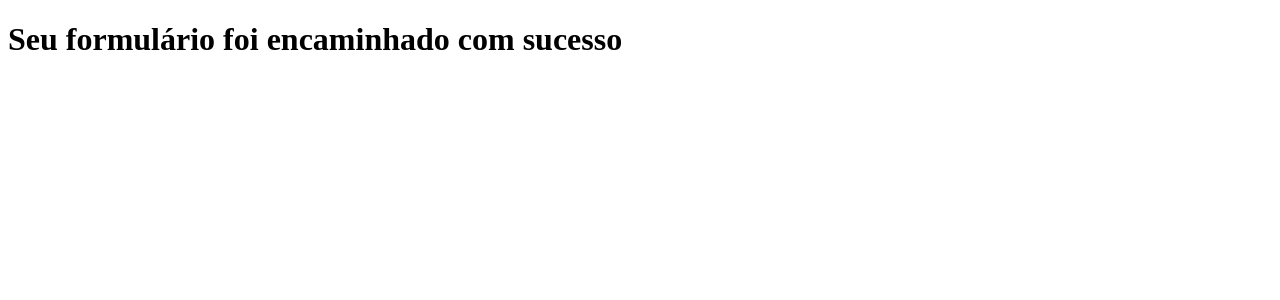
Repository: felipedischer/valemobi
Page: http://localhost/Valemobi/sucesso.jsp
An editor plug-in stored every save of this project. The page is shown before and after the next save, followed by the edit.
The browser window is 1280 px wide. The pictures show the whole page.
The page is served by Tomcat 9. Other server files are loaded and not shown.

Above is the page before, as saved 2016-09-29 22:17:56.

### Valemobi/WebContent/sucesso.jsp
<%@ page language="java" contentType="text/html; charset=ISO-8859-1"
    pageEncoding="ISO-8859-1"%>
<!DOCTYPE html PUBLIC "-//W3C//DTD HTML 4.01 Transitional//EN" "http://www.w3.org/TR/html4/loose.dtd">
<html>
<head>
<meta http-equiv="Content-Type" content="text/html; charset=ISO-8859-1">
<title>Insert title here</title>
</head>
<body>


<h1>Seu formulário foi encaminhado com sucesso</h1>


</body>
</html>

### Valemobi/WebContent/estilo/css/estilo.css

*{
	margin: 0px;
	padding: 0px;
	outline: none;
	font-family: "Arial";
	color: #bbbbbb;
	text-decoration: none;
}
.container{
	box-sizing: border-box;
	display: block;
	margin: auto;
	padding: 0px 15px;
	width: 1170px;
	max-width: 100%;
}

body{
	padding-bottom: 40px;
	background: #202323;
	width: 100%;
	height: 100%;
	position: relative;
}



/*CONTEUDO*/
#conteudo{
	padding: 30px 0px;
}
form label{
	color: white;
}
form {
	padding: 30px;
	max-width: 400px;
	margin: auto;
	box-shadow: 0px 0px 52px 0px rgba(0,0,0,0.2);
	animation: fadeIn 1.5s cubic-bezier(0.19,1,0.22,1);
}

form h2{
	text-align: center;
	margin-bottom: 20px;
	color: white;
}
form .grupo{
	margin-bottom: 20px;
}
form .grupo > *{
	display: block;
}
form .grupo label{
	font-weight: bold;
	font-size: 14px;
	margin-bottom: 2px;
	color: Grey;
}
form .grupo input, form .grupo select{
	border: none;
	box-sizing: border-box;
	width: 100%;
	padding: 10px;
	font-size: 16px;
	background: rgba(0,0,0,0.2);
	color: red;
    padding: 18px 10px;
    border-bottom: solid 3px rgba(255,255,255,0.2);
    transition: all 0.4s cubic-bezier(0.19,1,0.22,1);
}

.btn{
	cursor: pointer;
	font-weight: bold;
	display: block;
	height: 50px;
	padding: 10px 20px;
	border-radius: 25px;
	border: none;
	font-weight: bold;
	font-size: 16px;
	background: white;
	opacity: 0.8;
	transition: all 1s cubic-bezier(0.19,1,0.22,1);
}
.btn:hover{
	opacity: 1;

}
form > .btn{
	width: 100%;
	height: 60px;
	border-radius: 30px;
}

After the next save:
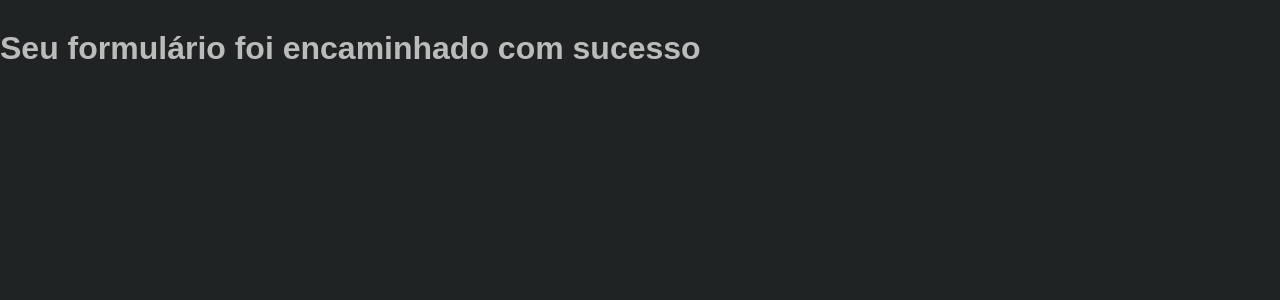
Saved 3 min 35 s later.
--- a/Valemobi/WebContent/sucesso.jsp
+++ b/Valemobi/WebContent/sucesso.jsp
@@ -4,13 +4,22 @@
 <html>
 <head>
 <meta http-equiv="Content-Type" content="text/html; charset=ISO-8859-1">
+
+<link rel="stylesheet" type="text/css" href="estilo/css/estilo.css">
+
+
+
 <title>Insert title here</title>
 </head>
 <body>
+
+<main id="conteudo">
 
 
 <h1>Seu formulário foi encaminhado com sucesso</h1>
 
 
+</main>
+
 </body>
 </html>
